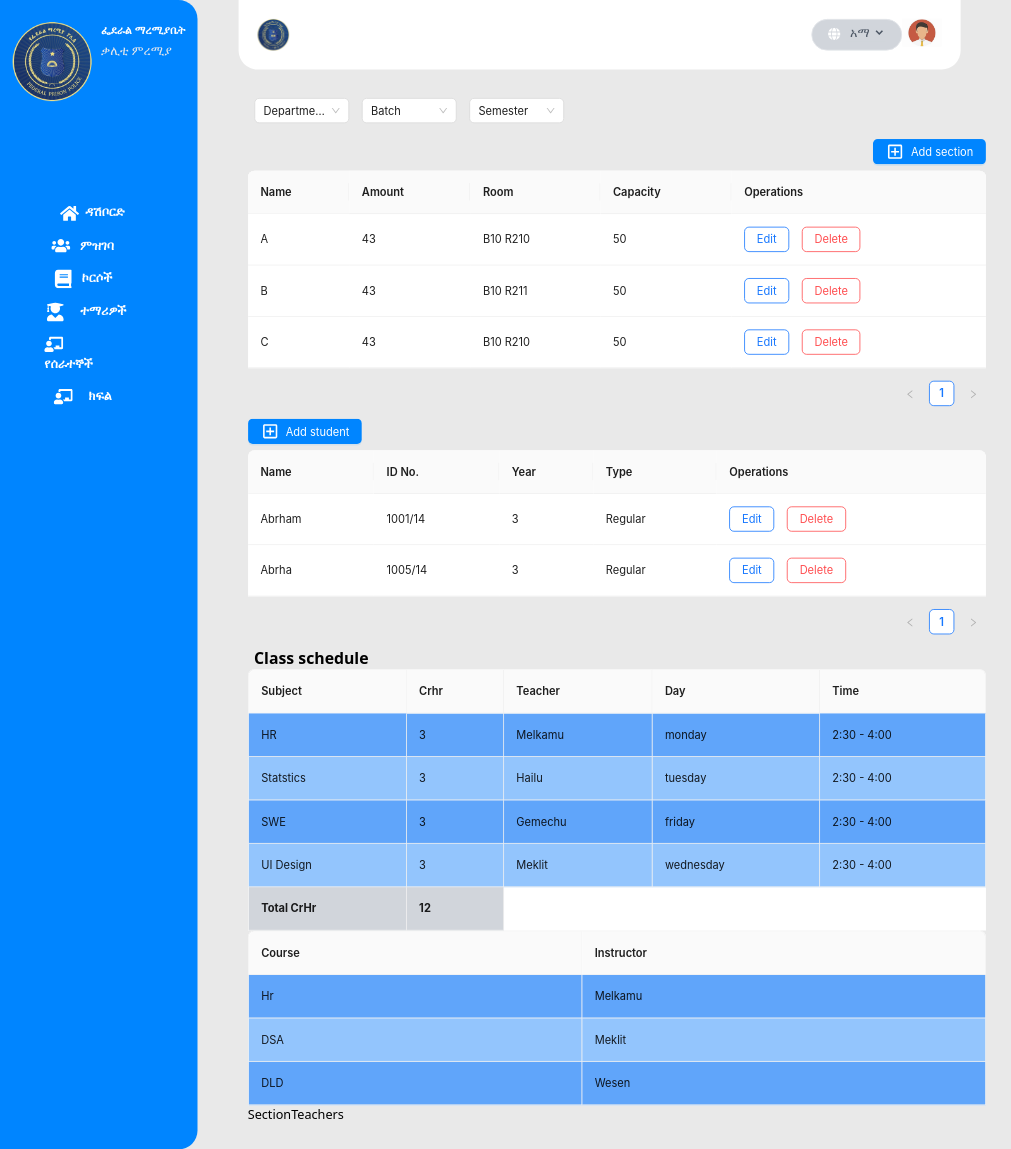
Repository: Yigoya/federal-prison-education-ms-frontend
Page: /classroom, after clicking the first element matching `td.ant-table-cell > a`
These files come from the project's save history. The page is drawn as it stood at one moment and after the next save; the edit follows.
The browser window is 1280 px wide. The pictures show the whole page, at 79% of full size.
The project was rebuilt for these pictures with package versions that can differ from the ones it lists, and the page was loaded fresh each time. Also part of the build but not shown: vite.config.js, src/App.css, src/pages/DashBoard.jsx, src/pages/Courses.jsx, src/layout/AuthLayout.jsx, src/pages/Login.jsx, src/pages/Teachers.jsx, src/pages/StudentRegistration.jsx and 3 more. Imported but missing from the stored project, and not drawn on this page: src/pages/Students.

Above is the page before, as saved 2024-07-05 09:33:15.

### src/App.jsx
// import { useState } from "react";
import "./App.css";
import { Routes, Route } from "react-router-dom";
import DashBoard from "./pages/DashBoard";
// import Register from "./pages/Register";
import Students from "./pages/Students";
import Courses from "./pages/Courses";
import RootLayout from "./layout/RootLayout";
import AuthLayout from "./layout/AuthLayout";
import Login from "./pages/Login";
import Teachers from "./pages/Teachers";
// import { useTranslation } from "react-i18next";
import { StudentRegistration } from "./pages/StudentRegistration";
import Classroom from "./pages/Classroom";
function App() {
  // const [count, setCount] = useState(0);
  // const { t } = useTranslation();
  return (
    <>
      <Routes>
        <Route element={<AuthLayout />}>
          <Route path="/login" element={<Login />} />
        </Route>
        <Route element={<RootLayout />}>
          <Route path="/" element={<DashBoard />} />
          <Route path="/register" element={<StudentRegistration />} />
          <Route path="/students" element={<Students />} />
          <Route path="/courses" element={<Courses />} />
          <Route path="/allcourse" element={<Courses />} />
          <Route path="/addcourse" element={<Courses />} />
          <Route path="/managecourse" element={<Courses />} />
          <Route path="/classroom" element={<Classroom />} />
          <Route path="/grading" element={<Courses />} />
          <Route path="/staffprofile" element={<Courses />} />
          <Route path="/examscheduling" element={<Teachers />} />
        </Route>
      </Routes>
    </>
  );
}

export default App;

### src/i18n.js
import i18n from 'i18next';
import { initReactI18next } from 'react-i18next';

i18n
  .use(initReactI18next) // Initialize React integration
  .init({
    resources: {
      en: { translation: {
        "login": "login!",
        "id": "Enter Id number",
        "password": "Enter your password",
        "fpassword": "forgot your password",
        "FDRE": "FEDERAL PRSISON POLICE",
        "courses":"courses",
        "kality": "Kality Prison",
        "dashboard": "Dashboardes",
        "students": "Students",
        "teacher": "Teacher",
        "staff": "Staff Member",
        "admin": "Admin",
        "registerStudent": "Register Student",
        "registerStudents": "Register Student",
        "registerStaff": "Register Staff",
        "viewStudent": "View Student",
        "viewStaff": "View Staff",
        "registerStu": "Click here to register a student",
        "registerSta": "Click here to register a staff members",
        "viewStu": "Click here to see students",
        "studentregistration": "Student Registration",
        "fullname": "Full Name",
        "enter": "click to enter value",
        "zone": "Zone",
        "age": "Age",
        "period": "Period",
        "crime": "Crime",
        "year": "mm/yyyy",
        "chosenGrade": "Chosen Grade",
        "status": "Status",
        "new": "New",
        "old": "Old",
        "language": "Language",
        "amharic": "Amharic",
        "oromifa": "Oromifa",
        "ethnicity":"Ethnicity",
        "ethiopian": "Ethiopian",
        "kenya":"Kenyan",
        "arab":"Arab",
        "bengali":"Bengali",
        "burmese":"Burmese",
        "chinese":"Chinese",
        "fulani":"Fulani",
        "hausa":"Hausa",
        "japanese":"Japanese",
        "korean":"Korean",
        "maasai":"Maasai",
        "amherican":"Amherican",
        "pashtun":"Pashtun",
        "punjabi":"Punjabi",
        "sindhi":"Sindhi",
        "register":"Register",
        "profile":"Profile",
        "pyear":"Year",
        "personalInfo":"Personal Information",
        "basicDetail":"Basic Detail",
        "department":"Department",
        "section":"Section",
        "email":"Email",
        "phoneNo":"Phone Number",
        "Fname": "First name",
        "Lname": "Last name",
        "ID": "Id Number",
        "entereth" :"Select Ethnicity"
      }

    },
      am: { translation:
        {
          "login": "ግባ",
          "admin": "አድሚን",
          "courses":"ኮርሶች",
          "classroom": "ክፍል",
          "id": "መለያ ቁጥር ያስገቡ",
          "password": "ሚስጥር ቁጥር ያስገቡ",
          "fpassword": "ሚስጥር ቁጥርኦትን ",
          "registerStudents": "ይመዝግቡ",
          "FDRE": "ፌደራል ማረሚያቤት",
          "kality": "ቃሊቲ ምረሚያ",
            "dashboard": "ዳሽቦርድ",
            "students": "ተማሪዎች",
            "teacher": "መምህር",
            "staff": "የሰራተኞች",
            "registerStudent": "ተማሪ ይመዝገቡ",
            "registerStaff": "ሠራተኞች ይመዝገቡ",
            "viewStudent": "ተማሪን ይመልከቱ",
            "viewStaff": "ሰራተኞችን ልማየት እዚህ ይጫኑ",
            "registerStu": "ተማሪ ለመመዝገብ እዚህ ይጫኑ",
            "registerSta": "ሰራተኞችን ለመመዝገብ እዚህ ይጫኑ",
            "viewStu": "ተማሪ ልማየት እዚህ ይጫኑ",
            "studentregistration": "የተማሪ ምዝገባ",
            "fullname": "ሙሉ ስም",
            "enter": "ለማስገባት ይጫኑ",
            "zone": "ዞን",
            "age": "ዕድሜ",
            "period": "እስራት ጊዜ",
            "crime": "ወንጀል",
            "year": "ወወ/ዓዓዓዓ",
            "start": "Start",
            "end": "End",
            "parole":"Parol",
            "chosenGrade": "የመረጡት የትምህርት ደረጃ",
            "status": "ሁኔታ",
            "new": "አዲስ",
            "old": "ነባር",
            "language": "ቋንቋ",
            "amharic": "አማርኛ",
            "oromifa": "OROMIFA",
            "ethnicity": "ዜግነት",
            "ethiopian": "ኢትዮጵያዊ",
            "kenya":"ኬንያዊ",
            "arab":"አረብ",
            "bengali":"ቤንጋሊ",
            "burmese":"በርሚስ",
            "chinese":"ቻይናዊ",
            "fulani":"ፉላኒ",
            "hausa":"ሃውሳ",
            "japanese":"ጃፓናዊ",
            "korean":"ኮሪያዊ",
            "maasai":"ማሳይ",
            "amherican":"አሜሪካዊ",
            "pashtun":"ፓሽቱን",
            "punjabi":"ፑንጃቢ",
            "sindhi":"ስንድሂ",
            "register":"ምዝገባ",
            "profile":"መገለጫ",
            "pyear":"አመት",
            "personalInfo":"የግል መረጃ",
            "basicDetail":"መሰረታዊ መረጃ",
            "department":"ዲፓርትመንት",
            "section":"ክፍል",
            "email":"ኢሜል",
            "phoneNo":"ስልክ ቁጥር",
            "Fname": "ስም",
            "Lname": "አባት ስም",
            "ID": "መለያ ቁጥር",
            "entereth" :"ዜግነት ይምረጡ"
        }
    },
    },
    lng: 'am', // Set default language
  });

export default i18n;

### src/layout/RootLayout.jsx
// import React from 'react'
import { Outlet } from "react-router-dom";
import Navbar from "../components/Navbar";
import SideBar from "../components/SideBar";
function RootLayout() {
  return (
    <div className="flex flex-row w-full min-h-dvh gap-8 bg-[#E9E9E9]">
        <SideBar />

      <div className="w-full min-h-dvh max-h-full">
        <Navbar />
        <div className="flex-1 flex overflow-hidden">
          <section className="flex-1 overflow-y-scroll">
            <Outlet />
          </section>
        </div>
      </div>
    </div>
  );
}

export default RootLayout;

### src/pages/Classroom.jsx
import { useState } from "react";
import Selector from '../components/classroom/Selector.jsx';
import SectionsTable from "../components/classroom/SectionsTable.jsx";
import NewSectionDrawer from "../components/classroom/NewSectionDrawer.jsx";
import {
  departmentOptions,
  yearOptions,
  semesterOptions,
} from "../data/classroomArrayData.js";
import { Button } from "antd";
import AddBoxOutlinedIcon from "@mui/icons-material/AddBoxOutlined";

const Classroom = () => {
  const [drawerVisiblity, setDrawerVisiblity] = useState(false);
  const handleClick = () => {
    setDrawerVisiblity(prevState => !prevState);
  };

  return (
    <div className="p-8 ">
      <Selector typeName="Department" options={departmentOptions} />
      <Selector typeName="Batch" options={yearOptions} />
      <Selector typeName="Semester" options={semesterOptions} />

      {/* sections table */}
      <div className="mt-4">
        {drawerVisiblity && <NewSectionDrawer visiblity = {drawerVisiblity}/>}
        <div className="grid justify-items-end">
          <Button
            className="bg-[#0085FF] mb-2"
            type="primary"
            onClick={handleClick}
          >
            <AddBoxOutlinedIcon />
            Add section
          </Button>
        </div>
        <SectionsTable />
      </div>
    </div>
  );
};

export default Classroom;

### src/components/Navbar.jsx
import React from 'react'
import { AiOutlineSearch } from 'react-icons/ai';
import logo from '../assets/images/fdre_logo.png'
import { FaGlobe } from 'react-icons/fa';
import avatar from '../assets/images/Avatar.jpg'
import { useTranslation } from 'react-i18next';
function Navbar() {
  const { i18n } = useTranslation();

  const handleLanguageChange = (event) => {
    i18n.changeLanguage(event.target.value);
  };
  return (
    <div className='mr-16 '>
      <div className='bg-white rounded-b-3xl p-6 ml-5 flex justify-between'>
        <div style={{ width: '40px' }} >
          <img src={logo}  alt="logo" />
        </div>
        <div className='flex '>
          <div className='py-1 px-5 border rounded-full bg-gray-300 '>
           <FaGlobe className='inline-block text-white mr-2'/>
            <select onChange={handleLanguageChange} className='inline-block bg-gray-300 text-gray-600' id="">
              <option value="am">አማ</option>
              <option value="en">En</option>
              <option value="or">Oro</option>
            </select>
          </div>
          <div>
            <img src={avatar} width={'50px'}/>
          </div>
        </div>
      </div>

    </div>
  )
}

export default Navbar

### src/components/SideBar.jsx
import { FaHome, FaUserGraduate, FaBook, FaChalkboardTeacher, FaUsers } from 'react-icons/fa';

import logo from '../assets/images/fdre_logo.png'
import { Link } from 'react-router-dom'
import { useTranslation } from 'react-i18next';
function SideBar() {
const {t} = useTranslation()
  return (
    <div className='w-1/4 bg-[#0085FF] rounded-r-3xl'>
          <div className='mt-7 ml-4 flex'>
            <div className='mr-3'>
              <img src={logo} alt="logo" width={'100px'} />
            </div>
            <div>
              <p className ='font-bold text-sm text-white mb-1'>{t('FDRE')}</p>
              <p className='text-gray-200'>{t('kality')}</p>
            </div>

          </div>
          <div className='flex flex-col items-center font-bold text-white py-20 mt-10'>

            <Link className='hover:border border-gray-200 rounded-full hover:bg-gray-100 hover:text-[#0085FF] p-2 px-16 inline-block mr-4' to='/'> <FaHome className='inline-block mr-2 text-2xl'/>{t('dashboard')}</Link>
            <Link className='hover:border border-gray-200 rounded-full py-2 px-12 hover:bg-gray-100 hover:text-[#0085FF] inline-block mr-10 ' to='/register'><FaUsers className='inline-block mr-2 text-2xl'/> {t('register')}</Link>
            <Link className='hover:border border-gray-200 rounded-full py-2 px-16 hover:bg-gray-100 hover:text-[#0085FF] inline-block mr-10 ' to='/courses'><FaBook className='inline-block mr-3  text-2xl'/>{t('courses')}</Link>
            <Link className='hover:border border-gray-200 rounded-full py-2 px-14 hover:bg-gray-100 hover:text-[#0085FF] inline-block mr-8' to='/students'> <FaUserGraduate className='inline-block mr-5  text-2xl'  />{t('students')}</Link>
            <Link className='hover:border border-gray-200 rounded-full py-2 px-14 hover:bg-gray-100 hover:text-[#0085FF] inline-block mr-10' to='/teachers'><FaChalkboardTeacher className='inline-block  mr-5  text-2xl'/>{t('staff')}</Link>
            <Link className='hover:border border-gray-200 rounded-full py-2 px-14 hover:bg-gray-100 hover:text-[#0085FF] inline-block mr-10' to='/classroom'><FaChalkboardTeacher className='inline-block  mr-5  text-2xl'/>{t('classroom')}</Link>

          </div>
        </div>

  )
}

export default SideBar

### src/pages/login.css

* {
    margin: 0;
    box-sizing: border-box;

}
.page {
    height: 100vh;
    width: 100%;
    display: flex;
    justify-content: center;
    align-items: center;
}

.cover {
    background-color: white;
    width: 30em;
    height: 25em;
    position: relative;
    border-radius: 1em;
    box-shadow: 0 0.188em 1.550em rgb(156, 156, 156);
    display: flex;
    flex-direction: column;
    align-items:center;
    justify-content:space-between;
    margin-right: 40px;

}

.container {
    display: flex;
    justify-content: space-between;
    align-items: center;

  }
.image-section {
    margin-left: 20px;
    padding: 100px;

}
.image-section img {
    margin-top: 2px;
    width: "200px";
    height: "200px";
    border-radius: "50%";
    object-fit: contain;

  }

input {
    border: none;
    background-color: rgb(229, 226, 226);
    width: 80%;
    border-radius: 0.25em;
    text-align: center;
    padding: 2em;
    font-size: 0.75em;
}

input:focus {
    outline-color: rgb(32, 177, 255);
}

.btn {
    width: 40%;
    height: 3em;
    background-color: rgb(32, 177, 255);
    display: flex;
    justify-content: center;
    align-items: center;
    transition: 0.5s;
    border-radius: 0.25em;
    cursor: pointer;
}

### src/components/classroom/Selector.jsx
// /* eslint-disable react/prop-types */
import { Select, Space } from 'antd';


const handleChange = (value) => {
  console.log(`selected ${value}`);
};

const Selector = ({typeName, options} ) => (
  <Space wrap>
    <Select
      className='mx-2 my-1'
      defaultValue={typeName}
      style={{
        width: 120,
      }}
      onChange={handleChange}
      options={options} // array of options
    />
  </Space>
);
export default Selector;

### src/components/classroom/SectionsTable.jsx
import { Space, Table, Button } from "antd";
import { sectionsData as data } from "../../data/classroomArrayData.js";
import { useState } from "react";
import StudentsTable from "./StudentsTable.jsx";
import ClassSchedule from "./ClassSchedule.jsx";
import SectionTeachers from "./SectionTeachers.jsx";
import CourseList from "./CourseList.jsx";
import CoursesList from "./CoursesList.jsx";


const SectionsTable = () => {

  const [activeSection, setActiveSection] = useState(null);

  const columns = [
    {
      title: "Name",
      dataIndex: "name",
      key: "name",
      render: (text) => <a onClick={() => handleSectionClick(text)}>{text}</a>,
    },
    {
      title: "Amount",
      dataIndex: "amount",
      key: "amount",
    },
    {
      title: "Room",
      dataIndex: "room",
      key: "room",
    },
    {
      title: "Capacity",
      dataIndex: "capacity",
      key: "capacity",
    },
    {
      title: "Operations",
      key: "action",
      render: () => (
        <Space size="middle">
          <Button type="primary" ghost>
            Edit
          </Button>
          <Button type="primary" danger ghost>
            Delete
          </Button>
        </Space>
      ),
    },
  ];

  const handleSectionClick = (sectionName) => {
    setActiveSection((prev) => (prev === sectionName ? null : sectionName));
  };

  return (
    <div>
      <Table
        columns={columns}
        dataSource={data}
      />
      {activeSection && <div>
        <StudentsTable section={activeSection}/>
        <ClassSchedule/>
        <CoursesList/>
        <SectionTeachers/>
        </div>}
    </div>
  );
};
export default SectionsTable;

### src/data/classroomArrayData.js
export const departmentOptions = [
  {
    label: "Software",
    value: "software",
  },
  {
    label: "Human Resources",
    value: "human_resources",
  },
  {
    label: "Marketing",
    value: "marketing",
  },
  {
    label: "Sales",
    value: "sales",
  },
  {
    label: "Finance",
    value: "finance",
  },
  {
    label: "Customer Support",
    value: "customer_support",
  },
  {
    label: "IT",
    value: "it",
  },
];

export const yearOptions = [
  {
    label: "1",
    value: 1,
  },
  {
    label: "2",
    value: 2,
  },
  {
    label: "3",
    value: 3,
  },
  {
    label: "4",
    value: 4,
  },
];

export const semesterOptions = [
  {
    label: "I",
    value: 1,
  },
  {
    label: "II",
    value: 2,
  },
];

export const courseOptions = [
  {
    label: "DSA",
    value: "dsa",
  },
  {
    label: "FLAT",
    value: "flat",
  },
  {
    label: "DLD",
    value: "dld",
  },
  {
    label: "OS",
    value: "os",
  },
];

export const studentsData = [
  {
    key: "1",
    name: "Abrham",
    id: "1001/14",
    year: "3",
    type: "Regular",
    section: "A",
  },
  {
    key: "1",
    name: "Abrha",
    id: "1005/14",
    year: "3",
    type: "Regular",
    section: "A",
  },
  {
    key: "2",
    name: "Aster",
    id: "1002/14",
    year: "3",
    type: "Regular",
    section: "B"
  },
  {
    key: "3",
    name: "Askal",
    id: "1003/14",
    year: "3",
    type: "Regular",
    section: "C"
  },
];

export const sectionsData = [
  {
    name: "A",
    amount: 43,
    room: "B10 R210",
    capacity: 50,
  },
  {
    name: "B",
    amount: 43,
    room: "B10 R211",
    capacity: 50,
  },
  {
    name: "C",
    amount: 43,
    room: "B10 R210",
    capacity: 50,
  },
];

### src/components/classroom/StudentsTable.jsx
import { Space, Table, Button } from "antd";
import { studentsData as data } from "../../data/classroomArrayData.js";
import AddBoxOutlinedIcon from "@mui/icons-material/AddBoxOutlined";

const columns = [
  {
    title: "Name",
    dataIndex: "name",
    key: "name",
    render: (text) => <a>{text}</a>,
  },
  {
    title: "ID No.",
    dataIndex: "id",
    key: "id",
  },
  {
    title: "Year",
    dataIndex: "year",
    key: "year",
  },
  {
    title: "Type",
    dataIndex: "type",
    key: "type",
  },
  {
    title: "Operations",
    key: "action",
    render: () => (
      <Space size="middle">
        <Button type="primary" ghost>
          Edit
        </Button>
        <Button type="primary" danger ghost>
          Delete
        </Button>
      </Space>
    ),
  },
];

// eslint-disable-next-line react/prop-types
const StudentsTable = ({ section }) => {
  return (
    <div>
      <Button className="bg-[#0085FF] mb-2" type="primary">
        <AddBoxOutlinedIcon />
        Add student
      </Button>
      <Table
        columns={columns}
        dataSource={data.filter((student) => student.section === section)}
      />
      {console.log("the section clicked is : ", section)}
    </div>
  );
};
export default StudentsTable;

### src/components/classroom/ClassSchedule.jsx
import { Table, Typography } from "antd";
const { Text } = Typography;
const columns = [
  {
    title: "Subject",
    dataIndex: "subject",
  },
  {
    title: "Crhr",
    dataIndex: "crhr",
  },
  {
    title: "Teacher",
    dataIndex: "teacher",
  },
  {
    title: "Day",
    dataIndex: "day",
  },
  {
    title: "Time",
    dataIndex: "time",
  },
];
const data = [
  {
    key: "1",
    subject: "HR",
    crhr: 3,
    teacher: "Melkamu",
    day: "monday",
    time: "2:30 - 4:00"
  },
  {
    key: "2",
    subject: "Statstics",
    crhr: 3,
    teacher: "Hailu",
    day: "tuesday",
    time: "2:30 - 4:00"
  },
  {
    key: "3",
    subject: "SWE",
    crhr: 3,
    teacher: "Gemechu",
    day: "friday",
    time: "2:30 - 4:00"
  },
  {
    key: "3",
    subject: "UI Design",
    crhr: 3,
    teacher: "Meklit",
    day: "wednesday",
    time: "2:30 - 4:00"
  },
];

const ClassSchedule = () => (
  <>
    <h1 className="text-xl font-bold pl-2">Class schedule</h1>
    <Table
      borderColor="#0085FF"
      columns={columns}
      dataSource={data}
      pagination={false}
      bordered

      rowClassName={(record, index) =>
        index % 2 === 0 ? "bg-blue-400" : "bg-blue-300"
      }
      summary={(pageData) => {
        let totalCrhr = 0;
        pageData.forEach(({ crhr }) => {
          totalCrhr += crhr;
        });
        return (
          <>
            <Table.Summary.Row className="font-bold bg-gray-300">
              <Table.Summary.Cell index={0}>Total CrHr</Table.Summary.Cell>
              <Table.Summary.Cell index={1}>
                <Text>{totalCrhr}</Text>
              </Table.Summary.Cell>
            </Table.Summary.Row>
          </>
        );
      }}
    />
  </>
);
export default ClassSchedule;

### src/components/classroom/SectionTeachers.jsx
import React from 'react'

const SectionTeachers = () => {
  return (
    <div>SectionTeachers</div>
  )
}

export default SectionTeachers

### src/components/classroom/CoursesList.jsx
import { Table, Typography } from "antd";
const { Text } = Typography;
const columns = [
  {
    title: "Course",
    dataIndex: "course",
  },
  {
    title: "Instructor",
    dataIndex: "instructor",
  },
];
const data = [
  {
    key: "1",
    course: "Hr",
    instructor: "Melkamu"
  },
  {
    key: "2",
    course: "DSA",
    instructor: "Meklit"
  },
  {
    key: "3",
    course: "DLD",
    instructor: "Wesen"
  },
];

const CoursesList = () => (
  <>
    <Table
      columns={columns}
      dataSource={data}
      pagination={false}
      bordered
      rowClassName={(record, index) =>
        index % 2 === 0 ? "bg-blue-400" : "bg-blue-300"
      }
      summary={(pageData) => {
        let totalCrhr = 0;
        pageData.forEach(({ crhr }) => {
          totalCrhr += crhr;
        });
        return (
          <>
            <Table.Summary.Row className="font-bold bg-gray-300">


            </Table.Summary.Row>
          </>
        );
      }}
    />
  </>
);
export default CoursesList;

Loaded but not shown: index.html (common file); src/main.jsx (common file); src/index.css (common file); tailwind.config.js (common file)

After the next save:
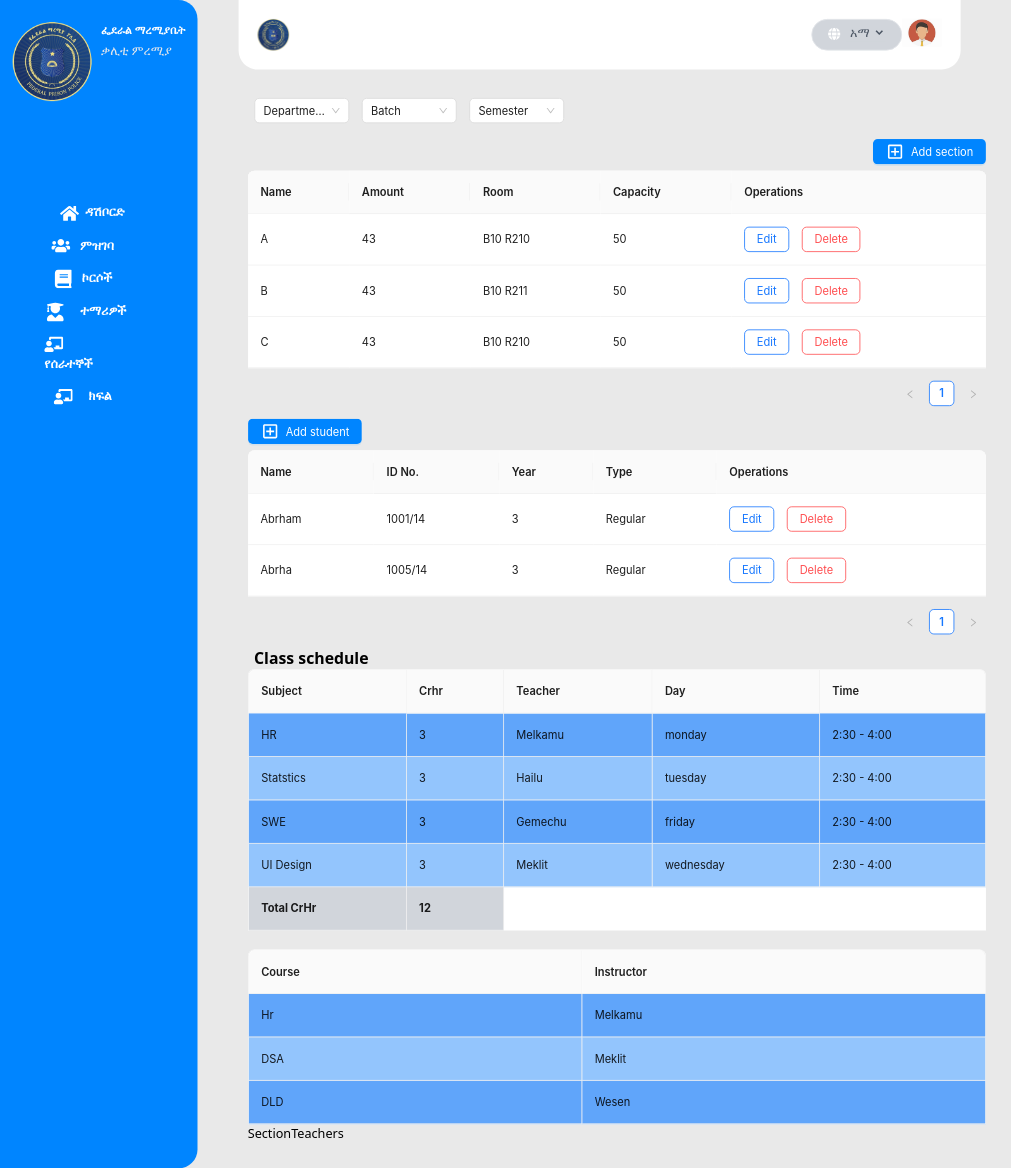
Saved 14 s later.
--- a/src/components/classroom/SectionsTable.jsx
+++ b/src/components/classroom/SectionsTable.jsx
@@ -62,7 +62,7 @@
       />
       {activeSection && <div>
         <StudentsTable section={activeSection}/>
-        <ClassSchedule/>
+        <ClassSchedule/> <br />
         <CoursesList/>
         <SectionTeachers/>
         </div>}
